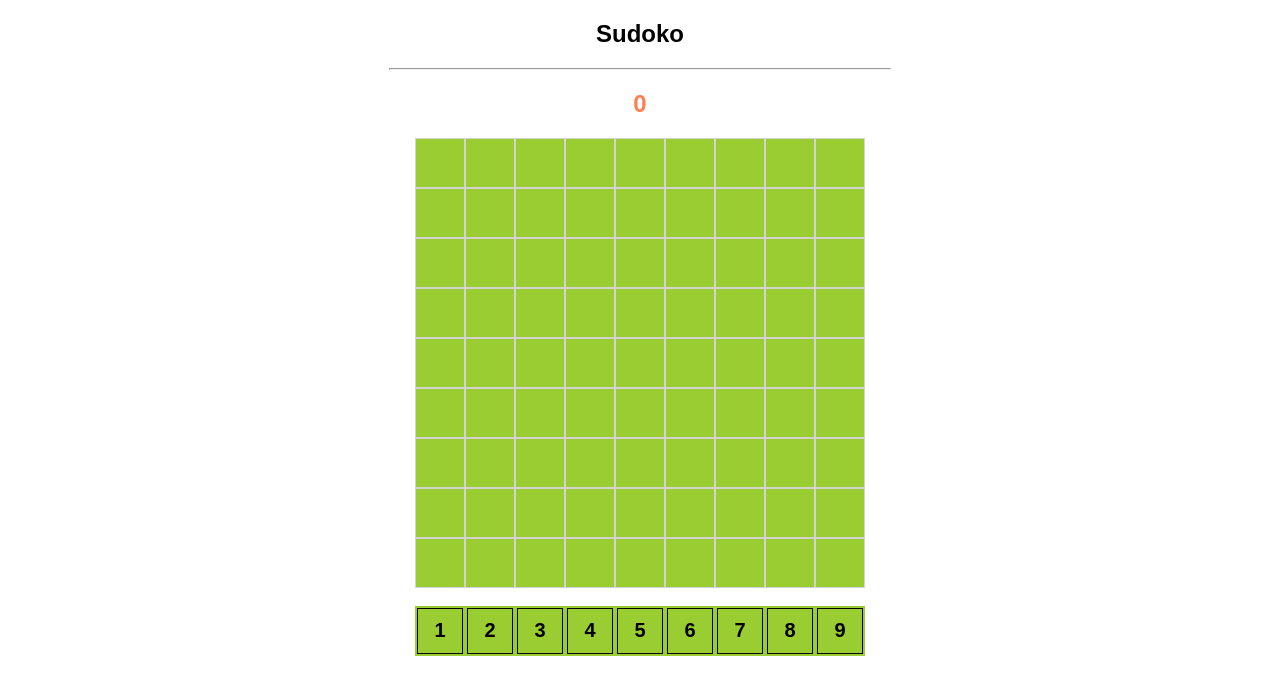
Repository: divyaravada/javascript-games
Page: sudoko/sudoko.html
These files come from the project's save history. The page is drawn as it stood at one moment and after the next save; the edit follows.
The browser window is 1280 px wide. The pictures show the whole page.

Above is the page before, as saved 2022-03-15 18:11:46.

After the next save:
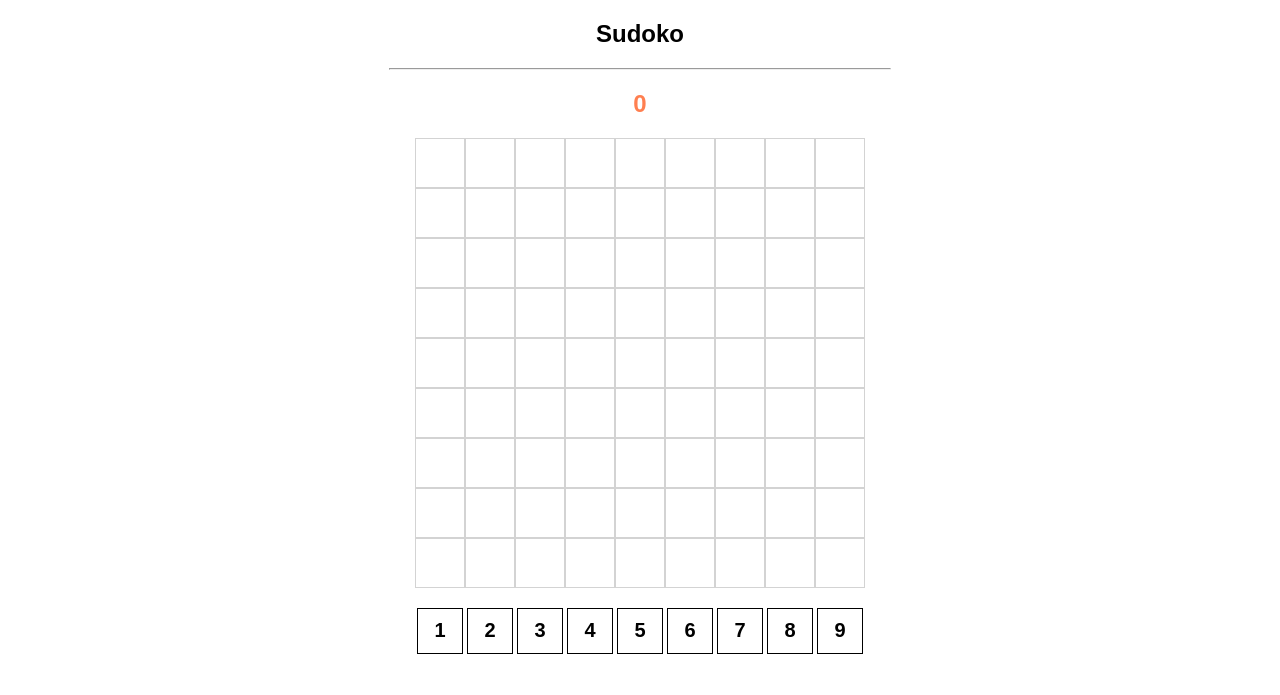
Saved 2 min 3 s later.
--- a/sudoko/sudoko.css
+++ b/sudoko/sudoko.css
@@ -12,7 +12,6 @@ hr {
   width: 450px;
   height: 450px;
 
-  background-color: yellowgreen;
   margin: 0 auto;
   display: flex;
   flex-wrap: wrap;
@@ -21,7 +20,6 @@ hr {
   width: 450px;
   height: 50px;
 
-  background-color: yellowgreen;
   margin: 0 auto;
   display: flex;
   flex-wrap: wrap;
